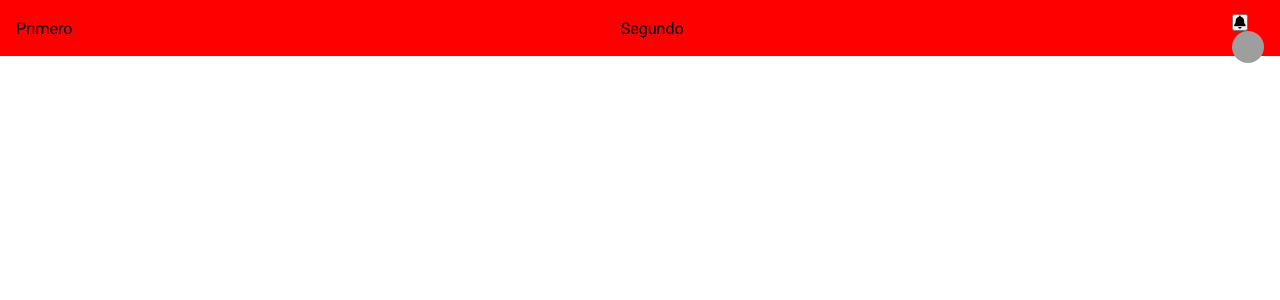
Repository: RobertAries28/ClonYoutube
Page: index.html
The author's editor kept a copy of each file at every save. The page is drawn from the files as they stood at one save, then again after the next save.
The browser window is 1280 px wide. The pictures show the whole page.
Pictures or frames that could not be fetched are drawn as grey boxes. Some web libraries are served in a nearby version.

Above is the page before, as saved 2021-08-28 10:54:52.

### index.html
<!DOCTYPE html>
<html lang="en">
<head>
    <meta charset="UTF-8">
    <meta http-equiv="X-UA-Compatible" content="IE=edge">
    <meta name="viewport" content="width=device-width, initial-scale=1.0">
    <link rel="stylesheet" href="style.css">
    <link rel="stylesheet" href="https://use.fontawesome.com/releases/v5.8.1/css/all.css" integrity="sha384-50oBUHEmvpQ+1lW4y57PTFmhCaXp0ML5d60M1M7uH2+nqUivzIebhndOJK28anvf" crossorigin="anonymous">


    <title>Document</title>
</head>
<body>
   <header class="main-header">
       <div>Primero</div>
       <div>Segundo</div>
       <div>
           <div class="user-avatar">
               <button class="fas fa-bell"></button>
               <img class="image" src="https://i.pinimg.com/280x280_RS/7d/d0/f4/7dd0f465ad261b24bc09a1508da78cc1.jpg" alt="">
           </div>
       </div>
   </header>
</body>
</html>

### style.css

@import url('https://fonts.googleapis.com/css2?family=Roboto:wght@400;500&display=swap');

*{
    margin:  0;
    padding: 0;
    box-sizing: border-box;
}

 /* variables globales */

:root{
    /* colores*/
    --accent-color: #ff0000;
    --grey-color: #909090;
    --grey-color-alt: #CCC;
    --border-color: rgba(0,0,0,0.1);

    /*colores de fondo*/
    --bg-color: #fff;
     --bgcolor-alt: #f9f9f9;
     --bg-color-active: #e5e5e5;

     /*colores de texto*/

     --text-color: #030303;
     --text-color-alt: #606060;
     --text-color-white: #fff;

  /* fuentes */
     --body-font : 'Roboto',sans-serif;


     /* Tamaño de texto*/
--big-font-size: 1.125rem;
--normal-font-size: 1rem;
--small-font-size: 0.875rem;
--smaller-font-size: 0.75rem;
--font-bold: 500;

/* otros*/
  --header-height: 56px;
  --z-tooltip: 25;
  --z-fixed: 100;
}



body{
    font-family: var(--body-font);
}

h1,h2,h3,h4,h5,h6,b{
    font-weight: var(--font-bold);
}

button{

}

img{
    width: 100%;
}

/******------cabecera principal -----***/

.main-header{
    height: var(--header-height);
    background: red;
    display: flex;
    justify-content: space-between;
    padding: 0 1rem;
    align-items: center;
    position: fixed;
    width: 100%;
    left: 0;
    top: 0;
    z-index: var(--z-fixed);

}



/*----Avatar del usuario----*/
.user-avatar{
    --size: 2rem;
    width:  var(--size);
    height: var(--size);
    cursor: pointer;
    flex: none;
}

.user-avatar .image{
    width: 100%;
    height: 100%;
    object-fit: cover;
    border-radius: 50%;
}


/* Botones de accion **/
.action-button{
    --size: 2.5rem;
    height: var(--size);
    width: var(--size);
}

After the next save:
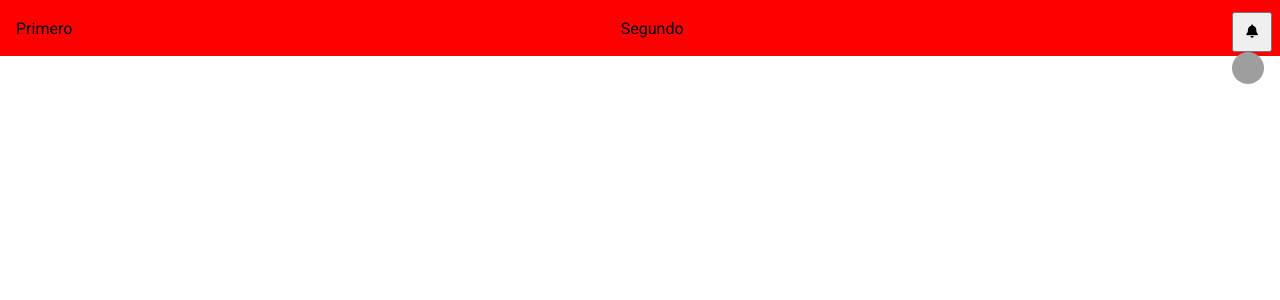
Saved 16 s later.
--- a/index.html
+++ b/index.html
@@ -16,7 +16,7 @@
        <div>Segundo</div>
        <div>
            <div class="user-avatar">
-               <button class="fas fa-bell"></button>
+               <button class=" action-button fas fa-bell"></button>
                <img class="image" src="https://i.pinimg.com/280x280_RS/7d/d0/f4/7dd0f465ad261b24bc09a1508da78cc1.jpg" alt="">
            </div>
        </div>
